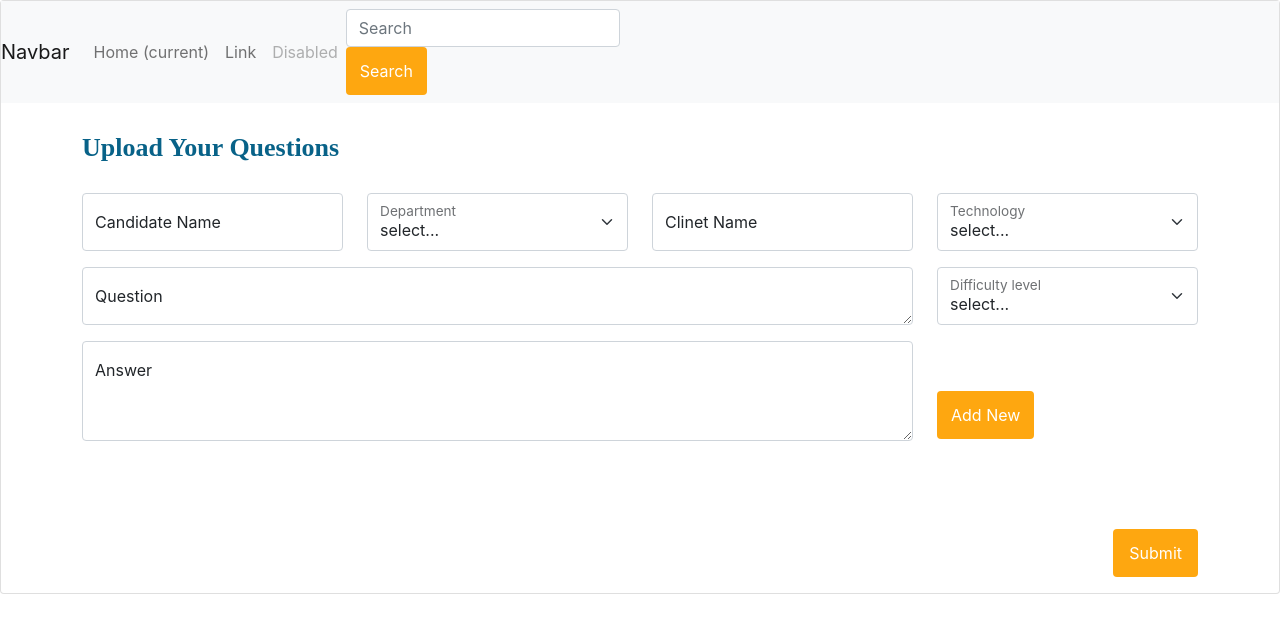
Repository: aajoshi3/casestudy
Page: /
An editor plug-in stored every save of this project. The page is shown before and after the next save, followed by the edit.
The browser window is 1280 px wide. The pictures show the whole page.
The project was rebuilt for these pictures with package versions that can differ from the ones it lists, and the page was loaded fresh each time.

Above is the page before, as saved 2021-10-10 15:51:33.

### public/index.html
<!DOCTYPE html>
<html lang="en">
  <head>
    <meta charset="utf-8" />
    <link rel="icon" href="%PUBLIC_URL%/favicon.ico" />
    <meta name="viewport" content="width=device-width, initial-scale=1" />
    <meta name="theme-color" content="#000000" />
    <meta
      name="description"
      content="Web site created using create-react-app"
    />
    <link rel="apple-touch-icon" href="%PUBLIC_URL%/logo192.png" />
    <link
    rel="stylesheet"
    href="https://cdn.jsdelivr.net/npm/bootstrap@5.1.1/dist/css/bootstrap.min.css"
    integrity="sha384-F3w7mX95PdgyTmZZMECAngseQB83DfGTowi0iMjiWaeVhAn4FJkqJByhZMI3AhiU"
    crossorigin="anonymous">
    <!--
      manifest.json provides metadata used when your web app is installed on a
      user's mobile device or desktop. See https://developers.google.com/web/fundamentals/web-app-manifest/
    -->
    <link rel="manifest" href="%PUBLIC_URL%/manifest.json" />
    <!--
      Notice the use of %PUBLIC_URL% in the tags above.
      It will be replaced with the URL of the `public` folder during the build.
      Only files inside the `public` folder can be referenced from the HTML.

      Unlike "/favicon.ico" or "favicon.ico", "%PUBLIC_URL%/favicon.ico" will
      work correctly both with client-side routing and a non-root public URL.
      Learn how to configure a non-root public URL by running `npm run build`.
    -->
    <title>React App</title>
  </head>
  <body>
    <noscript>You need to enable JavaScript to run this app.</noscript>
    <div id="root"></div>
    <!--
      This HTML file is a template.
      If you open it directly in the browser, you will see an empty page.

      You can add webfonts, meta tags, or analytics to this file.
      The build step will place the bundled scripts into the <body> tag.

      To begin the development, run `npm start` or `yarn start`.
      To create a production bundle, use `npm run build` or `yarn build`.
    -->
  </body>
</html>

### src/App.js
// import Button from '@restart/ui/esm/Button';
import { Col,  Container,  FloatingLabel, Row } from 'react-bootstrap';
import {Card} from "react-bootstrap"
import './App.css';
import UploadQuestion from './components/UploadQuestion';
import{Form} from "react-bootstrap"
// import CustomNavbar from './components/CustomNavbar';
import CustomNavbar3 from './components/CustomNavbar3';
// import CustomNav2 from './components/CustomNav2';

function App() {
  return (
    <div className="App">

<Card>
{/* <CustomNavbar /> */}
{/* <CustomNav2 /> */}
<CustomNavbar3 />
  <Card.Body>

<Container>
<UploadQuestion />
<Row xs={1} sm={2} md={4} lg={4}>

<Col  ><FloatingLabel  controlId="floatingInput"  label="Candidate Name"  className="mb-3"  size ="md"  id=''>
<Form.Control type="text" placeholder=" hi" />
  </FloatingLabel></Col>

    <Col><FloatingLabel controlId="floatingSelect" label="Department" className="mb-3">
  <Form.Select aria-label="Floating label select example">
    <option>select... </option>
    <option value="1">HR</option>
    <option value="2">IT</option>
    <option value="3">ACCOUNTS</option>
  </Form.Select>
</FloatingLabel></Col>

<Col  ><FloatingLabel  controlId="floatingInput"  label="Clinet Name"  className="mb-3"  size ="md"  id=''>
<Form.Control type="text" placeholder=" hi" />
  </FloatingLabel></Col>

    <Col>

    <FloatingLabel controlId="floatingSelect" label="Technology" className="mb-3">
  <Form.Select aria-label="Floating label select example">
    <option> select...</option>
    <option value="1">React.js</option>
    <option value="2">vue.js</option>
    <option value="3">Angular</option>
    <option value="3">Python</option>
    <option value="3">next.js</option>


  </Form.Select>
</FloatingLabel></Col>
  </Row>
</Container>
<Container >
  <Row  >
  <Col lg={9}     >
  <FloatingLabel    controlId="floatingTextarea" label="Question" className="mb-3">
    <Form.Control as="textarea" placeholder="x" />
  </FloatingLabel>
  </Col>


  <Col lg={3}  md={{ order: 'first' }}  xs={{order: 'first'}} lg={{order:'last'}}   >

  <FloatingLabel controlId="floatingSelect" label="Difficulty level" className="mb-3">
  <Form.Select aria-label="Floating label select example">
    <option> select...</option>
    <option value="1">Easy</option>
    <option value="2">Intermediate</option>
    <option value="3">Expert</option>
  </Form.Select>
</FloatingLabel>
  </Col>
  </Row>

</Container>

<Container   style={{ width: 'white' }}      >
<Row>
      <Col lg={9} >
      <FloatingLabel className="mb-3 " controlId="floatingTextarea2" label="Answer">
    <Form.Control
      as="textarea"
      placeholder=" x"
      style={{ height: '100px' }}
    />
  </FloatingLabel>
   </Col>
   <Col lg={3}     >
   {/* <Button variant="warning"  style={{ color: 'white' }} ><i class="fas fa-plus-circle"></i> Add New </Button> */}
   <button className="btn"    id="button1" ><i className="fa fa-plus-circle"></i> Add New</button>
   </Col>
    </Row>
</Container>

<br/>
<br/>
<br/>


    <Container>
    <button   className="btn1"   style={{ color: 'white' }}  > Submit </button>
    </Container>
      </Card.Body>
      </Card>
    </div>
  );
}

export default App;

### src/App.css
p{
  text-align: left;
font: normal normal bold 40px/58px Sitka Banner;
letter-spacing: 0px;
color: #086288;
font-size: 26px;
}

input::placeholder{
  color:#086288 ;
}
.mb-3:focus + .form-label {
  color: red;
}

 Container{
  color:#086288 ;

 }
 .btn {
  background-color: rgb(254, 167, 16); /* Blue background */
  border: none; /* Remove borders */
  color: white; /* White text */
  padding: 12px 14px; /* Some padding */
  font-size: 16px; /* Set a font size */
  cursor: pointer; /* Mouse pointer on hover */
  /* margin-top: 50px; */
}

#button1{
  margin-top: 50px;
}
/* Darker background on mouse-over */
.btn:hover {
  background-color: rgb(225, 193, 65);
  color: white; /* White text */

}
.btn1{
  float: right;
  background-color: rgb(254, 167, 16); /* Blue background */
  border: none; /* Remove borders */
  color: white; /* White text */
  padding: 12px 16px; /* Some padding */
  font-size: 16px; /* Set a font size */
  border-radius: 4px;
}
.FloatingLabel:focus::-webkit-input-label {
  color: red;
}
.form-control:focus {
  border-color: #086288;
  box-shadow: 0px 1px 1px rgba(0, 0, 0, 0.075) inset;
}
.form-select:focus{
  border-color: #086288c4;
  box-shadow: 0px 1px 1px rgba(0, 0, 0, 0.075) inset;
}

@media only screen and (max-width: 1000px) {
  .btn {
    float: right;
    margin:0 px;
  }
  #button1{
    margin-top: 0px;
  }
}

#Floating-label1{
  width: 150px;
}
#Floating-label2{
  width: 150px;
  height: auto;
}

@media only screen and (max-width: 1000px) {
  #Floating-label1{
    width: 100%;
  }
  }
  @media only screen and (max-width: 1000px) {
    #Floating-label2{
      width: 100%;
    }
    }

    #date1{
      width: 165px;
      padding: 12px;
    }
    @media only screen and (max-width: 1000px) {
      #date1{
        width: 100%;
      }
      }


      #searchWidth{
  height: auto;
      padding: 16px;
      }

@media only screen and (max-width: 1000px) {
  #searchWidth{
  height: auto;
    width: 100%;
  }
      }
      #button5{
        color: white;
        background-color:#ffa408;
        border: 1px solid #FFC008 ;
        border-radius: 4px;
        padding:0 10px ;
      }

### src/components/UploadQuestion.js
import React from 'react'
// import { Form } from 'react-bootstrap'
// import FloatingLabel from "react-bootstrap-floating-label";
// import Dropdown from 'react-dropdown';
// import { DropdownButton } from 'react-bootstrap';
// import {DropdownToggle} from '@restart/ui/esm/DropdownToggle';
// import {DropdownItem} from '@restart/ui/esm/DropdownItem';
// import 'react-dropdown/style.css';
// import{Container,Row,Col} from "react-bootstrap"



function UploadQuestion() {

          return (
                    <div>
                              <p>Upload Your Questions</p>

                    </div>
          )
}

export default UploadQuestion

### src/components/CustomNavbar3.js
import React from 'react'

function CustomNavbar3() {
          return (
                    <div>
                              <nav class="navbar navbar-expand-lg navbar-light bg-light">
  <button class="navbar-toggler" type="button" data-toggle="collapse" data-target="#navbarTogglerDemo03" aria-controls="navbarTogglerDemo03" aria-expanded="false" aria-label="Toggle navigation">
    <span class="navbar-toggler-icon"></span>
  </button>
  <a class="navbar-brand" href="/" >Navbar</a>

  <div class="collapse navbar-collapse" id="navbarTogglerDemo03">
    <ul class="navbar-nav mr-auto mt-2 mt-lg-0">
      <li class="nav-item active">
        <a class="nav-link" href="/">Home <span class="sr-only">(current)</span></a>
      </li>
      <li class="nav-item">
        <a class="nav-link" href="/">Link</a>
      </li>
      <li class="nav-item">
        <a class="nav-link disabled" href="/">Disabled</a>
      </li>
    </ul>
    <form class="form-inline my-2 my-lg-0">
      <input class="form-control mr-sm-2" type="search" placeholder="Search" aria-label="Search"/>
      <button class="btn btn-outline-success my-2 my-sm-0" type="submit">Search</button>
    </form>
  </div>
</nav>
                    </div>
          )
}

export default CustomNavbar3

Loaded but not shown: src/index.js (common file); src/index.css (common file); src/reportWebVitals.js (common file)

After the next save:
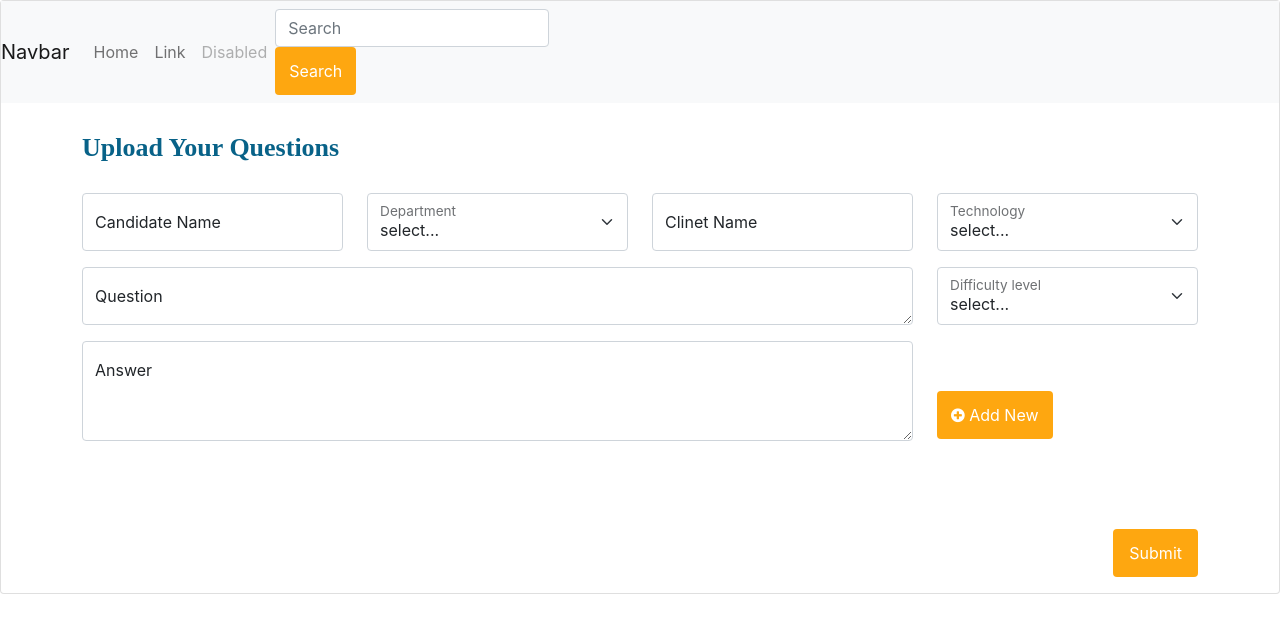
Saved 56 s later.
--- a/public/index.html
+++ b/public/index.html
@@ -15,6 +15,13 @@
     href="https://cdn.jsdelivr.net/npm/bootstrap@5.1.1/dist/css/bootstrap.min.css"
     integrity="sha384-F3w7mX95PdgyTmZZMECAngseQB83DfGTowi0iMjiWaeVhAn4FJkqJByhZMI3AhiU"
     crossorigin="anonymous">
+    <link rel="stylesheet" href="https://cdnjs.cloudflare.com/ajax/libs/font-awesome/4.7.0/css/font-awesome.min.css">
+  <link href="/your-path-to-fontawesome/css/fontawesome.css" rel="stylesheet">
+    <link href="/your-path-to-fontawesome/css/brands.css" rel="stylesheet">
+    <link href="/your-path-to-fontawesome/css/solid.css" rel="stylesheet">
+
+    <link href="https://cdn.jsdelivr.net/npm/bootstrap@5.0.0-beta3/dist/css/bootstrap.min.css" rel="stylesheet" integrity="sha384-eOJMYsd53ii+scO/bJGFsiCZc+5NDVN2yr8+0RDqr0Ql0h+rP48ckxlpbzKgwra6" crossorigin="anonymous">
+
     <!--
       manifest.json provides metadata used when your web app is installed on a
       user's mobile device or desktop. See https://developers.google.com/web/fundamentals/web-app-manifest/
